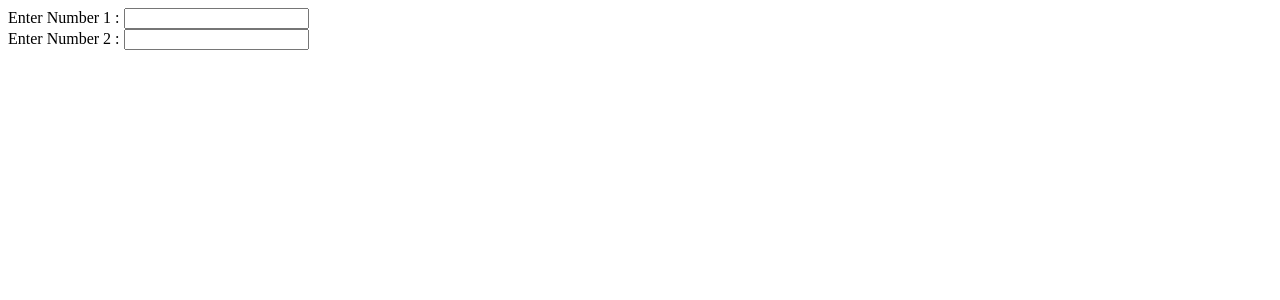
Repository: kunalquantum/jsp2
Page: demoApp/src/main/webapp/index.html
An editor plug-in stored every save of this project. The page is shown before and after the next save, followed by the edit.
The browser window is 1280 px wide. The pictures show the whole page.

Above is the page before, as saved 2024-06-11 03:33:46.

### demoApp/src/main/webapp/index.html
<!DOCTYPE html>
<html>
<head>
<meta charset="UTF-8">
<title>Insert title here</title>
</head>
<body>

<form action ="GET">

Enter Number 1 : <input type="text" name="num1"><br>
Enter Number 2 : <input type="text" name="num1"><br>


</form>

</body>
</html>

After the next save:
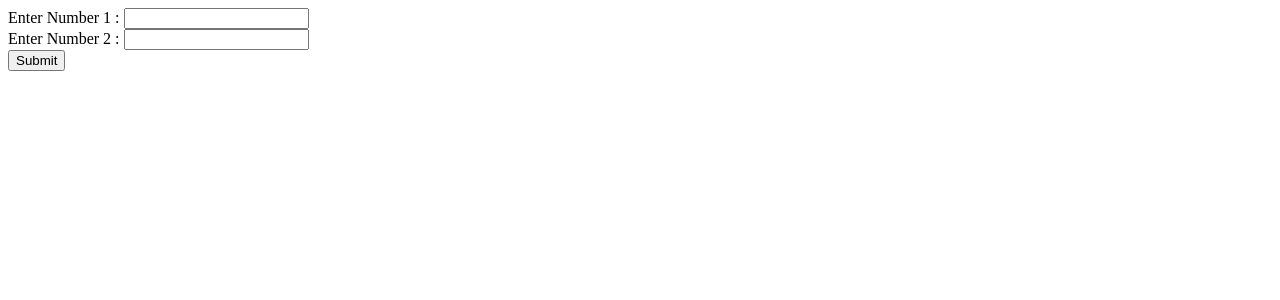
Saved 72 s later.
--- a/demoApp/src/main/webapp/index.html
+++ b/demoApp/src/main/webapp/index.html
@@ -9,7 +9,10 @@
 <form action ="GET">
 
 Enter Number 1 : <input type="text" name="num1"><br>
-Enter Number 2 : <input type="text" name="num1"><br>
+Enter Number 2 : <input type="text" name="num2"><br>
+<input type="submit"><br>
+
+
 
 
 </form>
